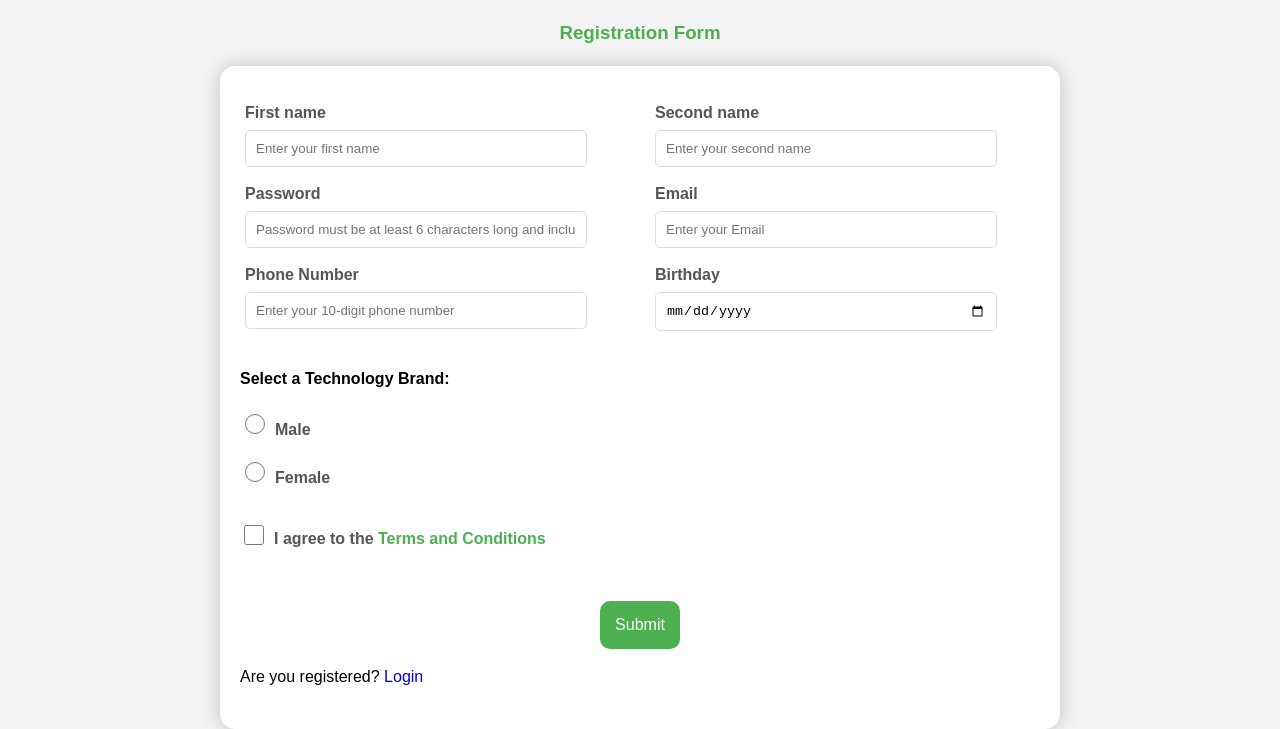
Repository: alizey12/Regestratin-Form-js
Page: regester.html
These files come from the project's save history. The page is drawn as it stood at one moment and after the next save; the edit follows.
The browser window is 1280 px wide. The pictures show the whole page.

Above is the page before, as saved 2024-11-29 20:42:49.

### regester.html
<!DOCTYPE html>
<html lang="en">
<head>
    <meta charset="UTF-8">
    <meta name="viewport" content="width=device-width, initial-scale=1.0">
    <link rel="stylesheet" href="regester.css">
    <title>Registration Form</title>
</head>
<body>
    <h3>Registration Form</h3>
    <div class="main">
        <form id="signupForm" action="">
            <div class="grid-container">
                <div>
                    <label for="username">First name</label>
                    <input type="text" id="username" name="username"
                           placeholder="Enter your first name"
                           required pattern="^[a-zA-Z0-9_]{3,15}$"
                           title="Username must be 3-15 characters long and can only contain letters, numbers, and underscores.">

                    <label for="password">Password</label>
                    <input type="password" id="password" name="password"
                           placeholder="Password must be at least 6 characters long and include one letter and one number."
                           required pattern="^(?=.*[A-Za-z])(?=.*\d)[A-Za-z\d]{6,}$"
                           title="Password must be at least 6 characters long and include one letter and one number.">

                    <label for="quantity">Phone Number</label>
                    <input type="text" id="quantity" name="quantity"
                           placeholder="Enter your 10-digit phone number"
                           required pattern="^\d{10}$"
                           title="Enter a valid 10-digit phone number.">
                </div>
                <div>
                    <label for="username">Second name</label>
                    <input type="text" id="username" name="username"
                           placeholder="Enter your second name"
                           required pattern="^[a-zA-Z0-9_]{3,15}$"
                           title="Username must be 3-15 characters long and can only contain letters, numbers, and underscores.">

                    <label for="email">Email</label>
                    <input type="email" id="email" name="email"
                           placeholder="Enter your Email"
                           required pattern="^[a-zA-Z0-9._%+-]+@[a-zA-Z0-9.-]+\.[a-zA-Z]{2,}$">

                    <label for="birthday">Birthday</label>
                    <input type="date" id="birthday" name="birthday" required>
                </div>
            </div>

            <p><b>Select a Technology Brand:</b></p>
            <div class="gen-rad">
                <label>
                    <input type="radio" id="Netflix" name="brand" value="Netflix">
                    Male
                </label>
                <label>
                    <input type="radio" id="Audi" name="brand" value="Audi">
                    Female
                </label>

            </div>

            <!-- <h3 class="heading">Your favourite language</h3>
            <label class="container">
                HTML
                <input type="checkbox" name="language" value="HTML">
            </label>
            <label class="container">
                CSS
                <input type="checkbox" name="language" value="CSS">
            </label>
            <label class="container">
                JavaScript
                <input type="checkbox" name="language" value="JavaScript">
            </label>
            <label class="container">
                React
                <input type="checkbox" name="language" value="React">
            </label> -->

            <div class="agree-term">
                <input type="checkbox" id="agree" name="agree" required />
                <label for="agree">
                    I agree to the <a href="#">Terms and Conditions</a>
                </label>
            </div>

            <div class="wrap">
                <button type="submit">Submit</button>
            </div>

        </form>
        <p>Are you registered?
            <a href="signin.html" style="text-decoration: none;">Login</a>
        </p>
    </div>
    <script src="Regester.js"></script>
</body>
</html>

### regester.css
body {
    display: flex;
    align-items: center;
    justify-content: center;
    font-family: sans-serif;
    line-height: 1.5;
    min-height: 100vh;
    background: #f3f3f3;
    flex-direction: column;
    margin: 0;
}

.main {
    background-color: #fff;
    border-radius: 15px;
    box-shadow: 0 0 20px rgba(0, 0, 0, 0.2);
    padding: 20px;
    transition: transform 0.2s;
    width: 800px;
}

h3 {
    color: #4CAF50;
    text-align: center;
}

label {
    display: block;
    margin-top: 10px;
    margin-bottom: 5px;
    text-align: left;
    color: #555;
    font-weight: bold;
}

input {
    display: block;
    width: 90%;
    margin-bottom: 15px;
    padding: 10px;
    box-sizing: border-box;
    border: 1px solid #ddd;
    border-radius: 5px;
}

button {
    padding: 15px;
    border-radius: 10px;
    margin-top: 15px;
    border: none;
    color: white;
    cursor: pointer;
    background-color: #4CAF50;
    font-size: 16px;
}

.wrap {
    display: flex;
    justify-content: center;
    align-items: center;
}

/* Grid container for organizing the form layout */
.grid-container {
    display: grid;
    grid-template-columns: 1fr 1fr;
    gap: 20px;
}

.grid-container div {
    padding: 5px;
}

/* Styling for the checkboxes and labels */
.container {
    display: flex;
    align-items: center; /* Center checkbox and label vertically */
    margin-bottom: 10px;
    font-size: 16px;
    cursor: pointer;
}

/* Styling for checkboxes */
.container input[type="checkbox"] {
    margin-right: 10px; /* Space between checkbox and label text */
    width: 20px;
    height: 20px;
    accent-color: #4CAF50; /* Green check color */
}

/* Styling for the radio button container */
.gen-rad {
    margin-top: 20px;
}

/* Align radio buttons and labels neatly */
.gen-rad label {
    display: flex;
    align-items: center;
    margin-bottom: 10px;
    font-size: 16px;
}

.gen-rad input[type="radio"] {
    margin-right: 10px; /* Space between radio button and label */
    width: 20px;
    height: 20px;
}

/* Styling for radio buttons */
.gen-rad p {
    font-weight: bold;
    color: #555;
}

.container label, .gen-rad label {
    font-size: 16px;
    color: #555;
}

/* Adding spacing between elements */
p {
    margin-bottom: 20px;
}

/* Hover and checked states for checkboxes */
.container:hover {
    background-color: #f0f0f0;
    padding: 5px;
    border-radius: 5px;
}

.container input[type="checkbox"]:checked {
    background-color: #4CAF50; /* Green when checked */
}

.checkmark {
    position: absolute;
    top: 0;
    left: 0;
    height: 25px;
    width: 25px;
    background-color: #eee;
}

.container:hover input ~ .checkmark {
    background-color: #ccc;
}

.container input:checked ~ .checkmark {
    background-color: #279e63;
}

.checkmark:after {
    content: "";
    position: absolute;
    display: none;
}

.container input:checked ~ .checkmark:after {
    display: block;
}

.container .checkmark:after {
    left: 9px;
    top: 5px;
    width: 5px;
    height: 10px;
    border: solid white;
    border-width: 0 3px 3px 0;
    transform: rotate(45deg);
}


/* Styling the entire agree term section */
.agree-term {
    display: flex;
    align-items: center; /* Aligns the checkbox and label horizontally */
    margin-top: 20px; /* Space above the agreement section */
    font-size: 16px;
    color: #555;
}

/* Styling the checkbox */
.agree-term input[type="checkbox"] {
    width: 20px;  /* Set checkbox size */
    height: 20px; /* Set checkbox height */
    margin-right: 10px; /* Space between checkbox and label */
    accent-color: #4CAF50; /* Change checkbox color to green */
}

/* Styling the label */
.agree-term label {
    padding-bottom: 10px;
    font-size: 16px; /* Consistent font size */
    color: #555; /* Text color */
}

/* Styling the hyperlink inside the label */
.agree-term label a {
    text-decoration: none; /* Remove underline from the link */
    color: #4CAF50; /* Green color for the link */
}

.agree-term label a:hover {
    text-decoration: underline; /* Underline the link when hovered */
    color: #45a049; /* Slightly darker green */
}

/* Styling the submit button */
.wrap {
    display: flex;
    justify-content: center;
    margin-top: 20px;
}

.wrap button {
    padding: 15px;
    border-radius: 10px;
    border: none;
    background-color: #4CAF50; /* Green background */
    color: white;
    font-size: 16px;
    cursor: pointer;
    transition: background-color 0.3s ease;
}

.wrap button:hover {
    background-color: #45a049; /* Darker green when hovered */
}

### Regester.js
document.getElementById('signupForm').addEventListener('submit', function (event) {
    event.preventDefault(); // Prevent form submission

    // Get field values
    const username = document.getElementById('username').value;
    const email = document.getElementById('email').value;
    const password = document.getElementById('password').value;
    const quantity = document.getElementById('quantity').value;
    const birthday = document.getElementById('birthday').value;
    const gender = document.querySelector('input[name="gender"]:checked');
    const languages = Array.from(document.querySelectorAll('input[name="language"]:checked'))
                            .map(lang => lang.value);

    // Validate gender
    if (!gender) {
        alert('Please select your gender.');
        return;
    }

    // Validate at least one language is selected
    if (languages.length === 0) {
        alert('Please select at least one favourite language.');
        return;
    }

    // Log values in the console
    console.log('Username:', username);
    console.log('Email:', email);
    console.log('Password:', password);
    console.log('Phone Number:', quantity);
    console.log('Birthday:', birthday);
    console.log('Gender:', gender.value);
    console.log('Languages:', languages);

    // Show success message
    alert('Signup successful!');
});

After the next save:
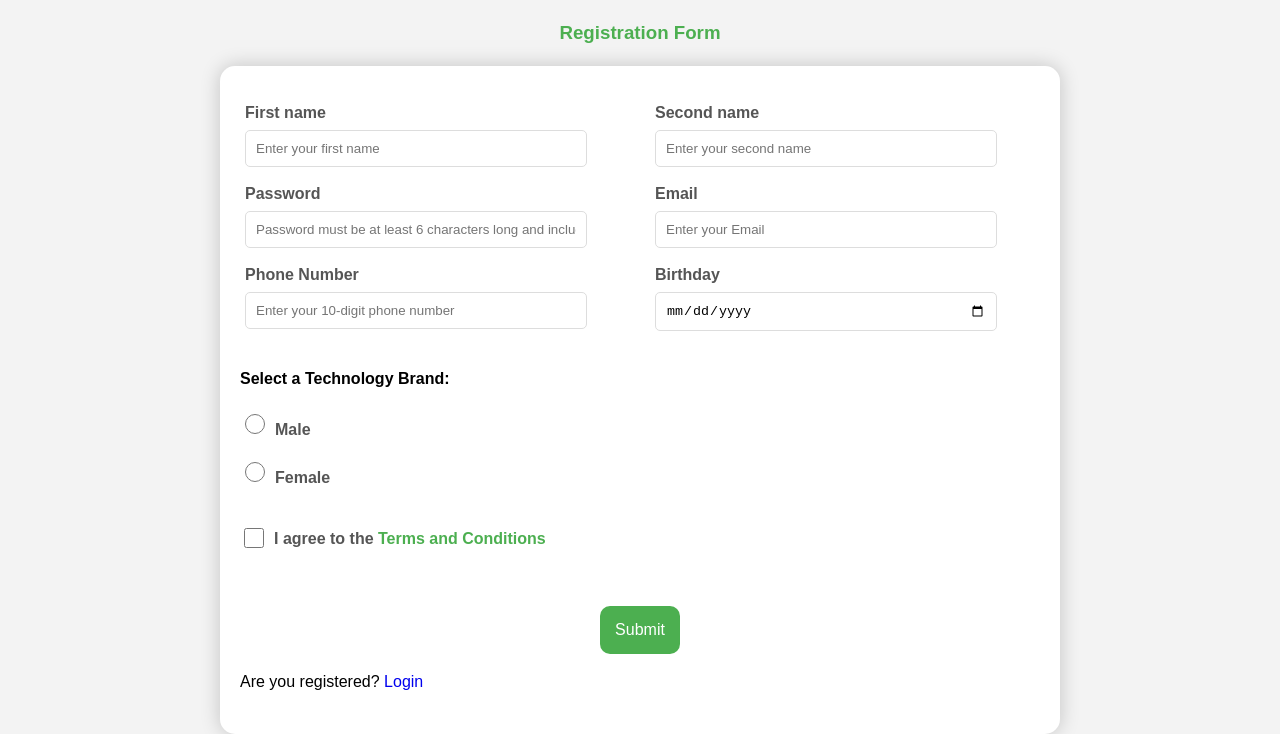
Saved 4 s later.
--- a/regester.css
+++ b/regester.css
@@ -191,7 +191,7 @@ p {
 
 /* Styling the label */
 .agree-term label {
-    padding-bottom: 10px;
+    padding-bottom: 15px;
     font-size: 16px; /* Consistent font size */
     color: #555; /* Text color */
 }
